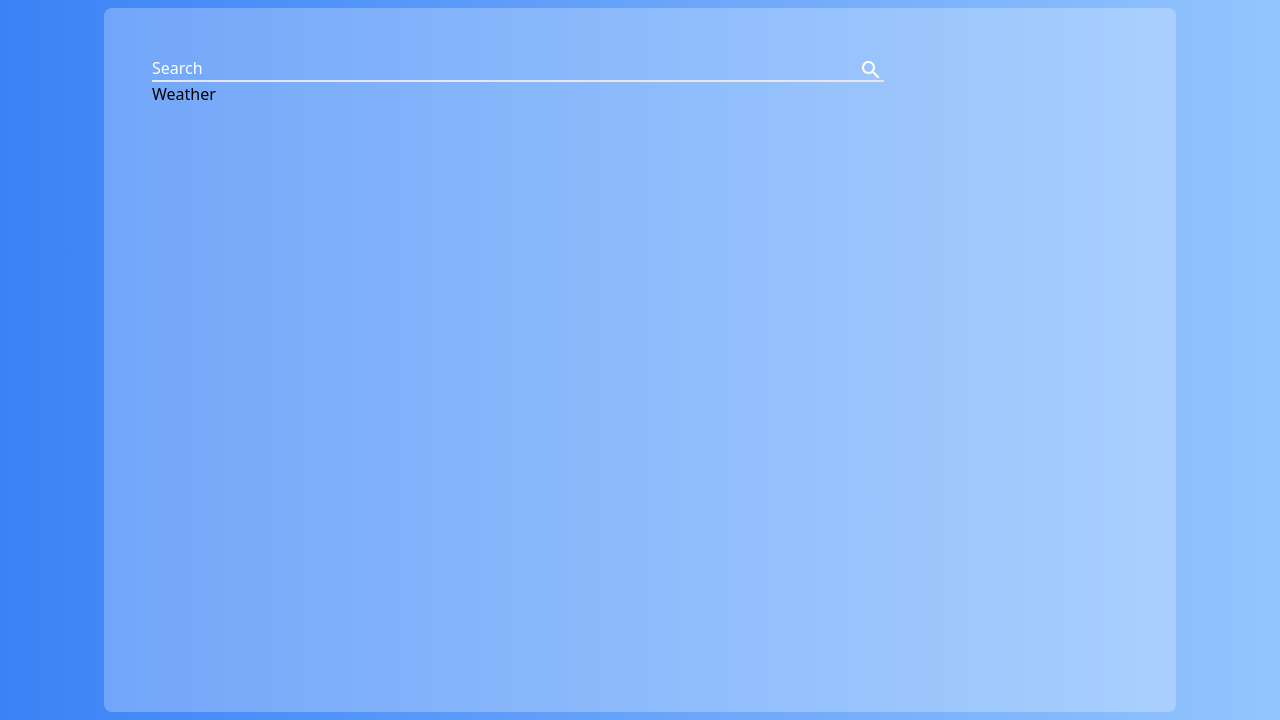
Repository: DevAntonioRogers/react-weatherapp-v2
Page: /
The author's editor kept a copy of each file at every save. The page is drawn from the files as they stood at one save, then again after the next save.
The browser window is 1280 px wide. The pictures show the whole page.
The project was rebuilt for these pictures with package versions that can differ from the ones it lists, and the page was loaded fresh each time. The framework's server and built-in components were replaced by stand-ins that run in the browser. Also part of the build but not shown: next.config.js.

Above is the page before, as saved 2023-05-18 00:36:08.

After the next save:
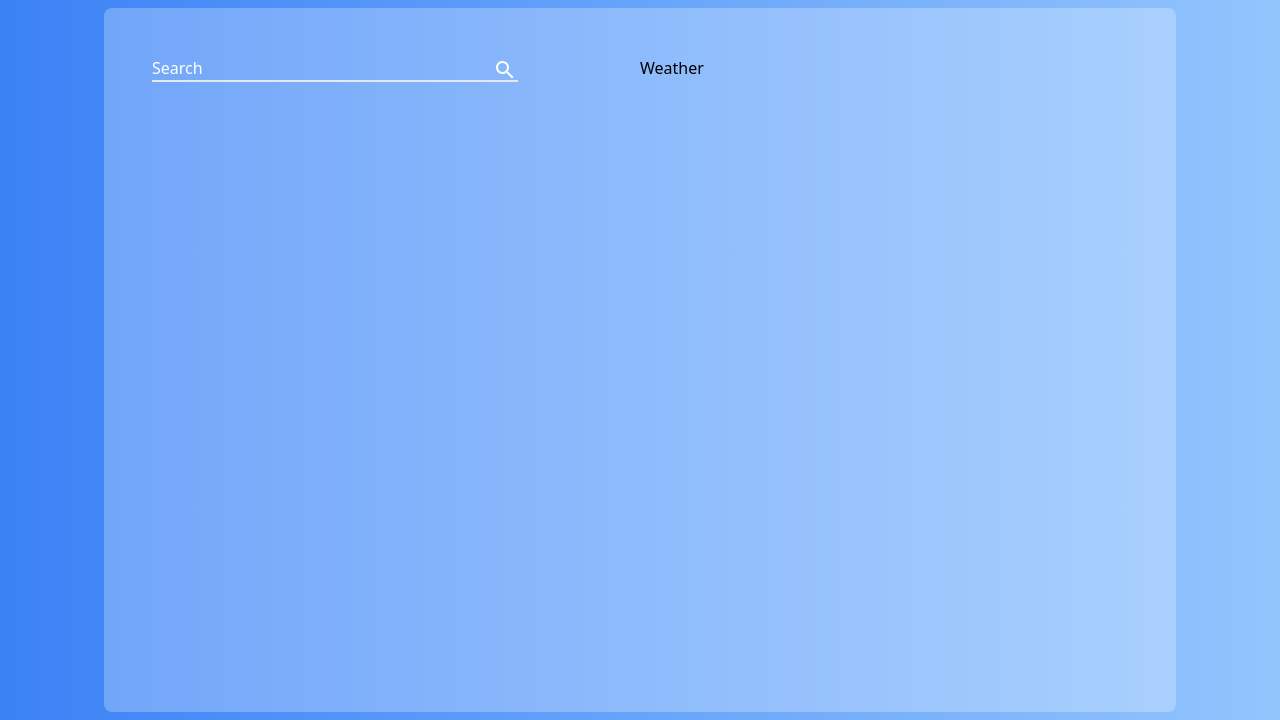
Saved 6 s later.
--- a/app/page.tsx
+++ b/app/page.tsx
@@ -4,7 +4,7 @@ export default function Home() {
   return (
     <div className="flex justify-center p-2 bg-cover h-screen bg-gradient-to-r from-blue-500 to-blue-300">
       <div className="bg-white/25 mx-24 w-full rounded-lg p-12">
-        <div className="grid grid-cols-1">
+        <div className="grid grid-cols-2">
           <Input />
           <h1>Weather</h1>
         </div>
